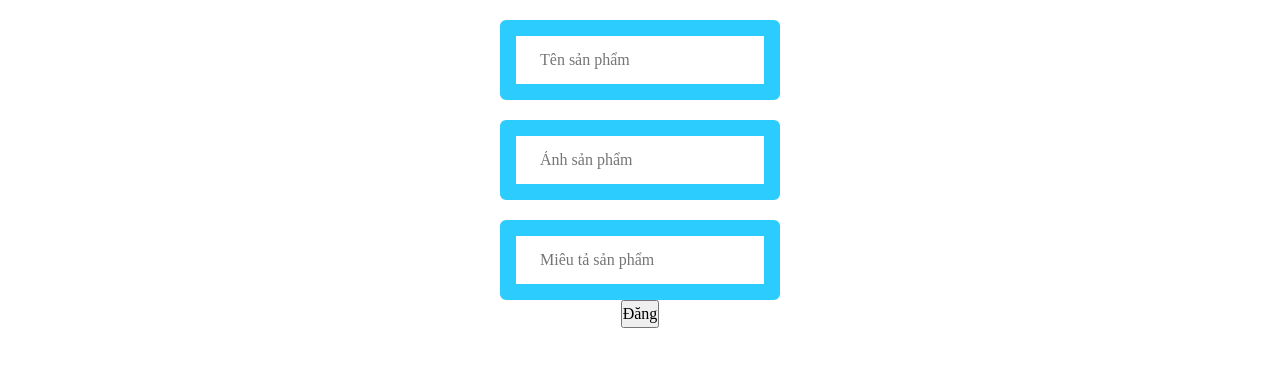
Repository: nguyennam1029/tettt
Page: index.html
An editor plug-in stored every save of this project. The page is shown before and after the next save, followed by the edit.
The browser window is 1280 px wide. The pictures show the whole page.

Above is the page before, as saved 2022-05-30 15:13:20.

### index.html
<!DOCTYPE html>
<html lang="en">
<head>
    <meta charset="UTF-8">
    <meta http-equiv="X-UA-Compatible" content="IE=edge">
    <meta name="viewport" content="width=device-width, initial-scale=1.0">
    <title>API</title>
    <!-- ---css---0000 -->
    <link rel="stylesheet" href="css/style.css">
</head>
<body>
    <div class="wrapper">

        <div class="form-label">
            <input class="form-input" type="text" name="name" placeholder="Tên sản phẩm">
        </div>
        <div class="form-label">
            <input class="form-input" type="text" name="img" placeholder="Ảnh sản phẩm">
        </div>
        <div class="form-label">
            <input class="form-input" type="text" name="name" placeholder="Miêu tả sản phẩm">
        </div>
        <div class="form-btn">
            <button>Đăng</button>
        </div>
    </div>
<!-- --JS--- -->
<script src="./app.js"></script>
</body>
</html>

### css/style.css
*,
*::before,
*::after {
  box-sizing: border-box;
}
* {
  margin: 0;
  padding: 0;
}

html,
body {
  height: 100%;
}
body {
  line-height: 1.5;
}

img,
picture,
video,
canvas,
svg {
  display: block;
  max-width: 100%;
}
input,
button,
textarea,
select {
  font: inherit;
  outline: none;
}
p,
h1,
h2,
h3,
h4,
h5,
h6 {
  overflow-wrap: break-word;
}

.wrapper {
    text-align: center;
}
.form-label {

}
.form-input {
    outline: none;
    border: 1px solid #6A5AF9;
    border-radius: 6px;
    padding: 6px 12px;
    margin-top: 20px;
    -webkit-border-radius: 6px;
    -moz-border-radius: 6px;
    -ms-border-radius: 6px;
    -o-border-radius: 6px;
}
.form-input {
    border: 1pc solid #2cccff;
    outline: none;
    padding: 12px 24px;
    border-radius: 6px;
    -webkit-border-radius: 6px;
    -moz-border-radius: 6px;
    -ms-border-radius: 6px;
    -o-border-radius: 6px;
}

Loaded but not shown: app.js (no stored copy; drawn as an empty file)

After the next save:
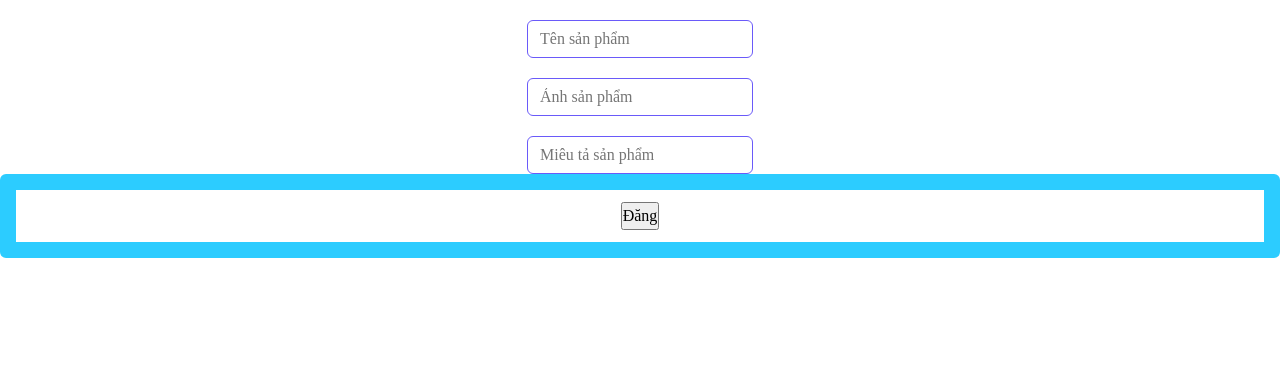
Saved 12 s later.
--- a/css/style.css
+++ b/css/style.css
@@ -58,7 +58,7 @@ h6 {
     -ms-border-radius: 6px;
     -o-border-radius: 6px;
 }
-.form-input {
+.form-btn {
     border: 1pc solid #2cccff;
     outline: none;
     padding: 12px 24px;
